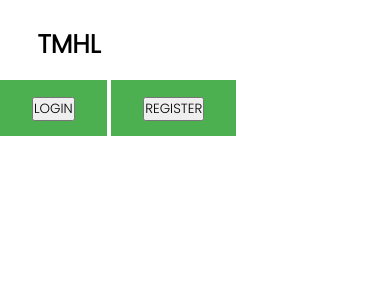
Repository: vu9ar/vu9ar.github.io
Page: WelcomePage/welcome.html
An editor plug-in stored every save of this project. The page is shown before and after the next save, followed by the edit.
The browser window is 375 px wide. The pictures show the whole page.

Above is the page before, as saved 2022-03-27 18:04:49.

### WelcomePage/welcome.html
<!DOCTYPE html>
<html>

<head>
    <meta charset="UTF-8">
    <link rel="stylesheet" href="style.css">
    <link rel="preconnect" href="https://fonts.gstatic.com" crossorigin>
    <link href="https://fonts.googleapis.com/css2?family=Poppins:wght@300&display=swap" rel="stylesheet">
    <meta name="viewport" content="width-device-width, initial-scale=1.0">
    <title>TMHL</title>
</head>


<body>
    <!--
    <form action="../loginRegister/guestToVerifiedRegister.html">
        <button>Register</button>
    </form>
    <form action="../loginRegister/loginForVerified.html">
        <button>Login</button>
    </form> -->
    <div class="intro">
        <h1 class="logo-header">
            <span class="Logo">Mar</span> <span class="Logo">ginal</span>
        </h1>
    </div>

    <header>
        <h4>TMHL</h4>
    </header>

    <form action="../loginRegister/loginForVerified.html" class="button">
        <button>LOGIN</button>
    </form>

    <form action="/loginRegister/guestToVerifiedRegister.html" class="button">
        <button>REGISTER</button>
    </form>
    <script src="app.js"></script>

</body>


</html>

### WelcomePage/style.css
* {
    margin: 0;
    padding: 0;
    box-sizing: border-box;
    font-family: 'Poppins', sans-serif;
}

header {
    position: relative;
    left: 0;
    right: 0;
    width: 100%;
    height: 80px;
}

header h4 {
    position: absolute;
    left: 10%;
    bottom: 1rem;
    font-size: 1.6rem;
}


/* Splash */

.intro {
    position: fixed;
    z-index: 1;
    left: 0;
    right: 0;
    width: 100%;
    height: 100vh;
    background-color: #161616;
    transition: 1s;
}

.logo-header {
    position: absolute;
    top: 40%;
    left: 50%;
    transform: translate(-50%, -50%);
    color: #ffffff;
}

.Logo {
    position: relative;
    display: inline-block;
    /*left: 0;*/
    bottom: -20px;
    opacity: 0;
}

.Logo.active {
    bottom: 0;
    opacity: 1;
    transition: ease-in-out 0.5s;
}

.Logo.fade {
    bottom: 150px;
    opacity: 0;
    transition: ease-in-out 0.5;
}

.button {
    background-color: #4CAF50;
    /* Green */
    border: none;
    color: white;
    padding: 15px 32px;
    text-align: center;
    text-decoration: none;
    display: inline-block;
    font-size: 16px;
}

### WelcomePage/app.js
let intro = document.querySelector('.intro');
let logo = document.querySelector('.logo-header');
let logoSpan = document.querySelectorAll('.Logo');


window.addEventListener('DOMContentLoaded', () => {

    setTimeout(() => {

        logoSpan.forEach((span, idx) => {
            setTimeout(() => {
                span.classList.add('active');
            }, (idx + 1) * 400);
        });

        setTimeout(() => {
            logoSpan.forEach((span, idx) => {

                setTimeout(() => {
                    span.classList.remove('active');
                    span.classList.add('fade');
                }, (idx + 1) * 50);
            })
        }, 2000);


        setTimeout(() => {
            intro.style.top = '-100vh';
        }, 2300);
    });
});

After the next save:
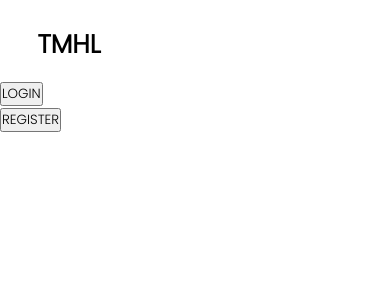
Saved 2 min 29 s later.
--- a/WelcomePage/style.css
+++ b/WelcomePage/style.css
@@ -62,14 +62,29 @@ header h4 {
     transition: ease-in-out 0.5;
 }
 
-.button {
-    background-color: #4CAF50;
-    /* Green */
-    border: none;
-    color: white;
-    padding: 15px 32px;
+a.button1 {
+    display: inline-block;
+    padding: 0.35em 1.2em;
+    border: 0.1em solid #FFFFFF;
+    margin: 0 0.3em 0.3em 0;
+    border-radius: 0.12em;
+    box-sizing: border-box;
+    text-decoration: none;
+    font-family: 'Roboto', sans-serif;
+    font-weight: 300;
+    color: #FFFFFF;
     text-align: center;
-    text-decoration: none;
-    display: inline-block;
-    font-size: 16px;
+    transition: all 0.2s;
 }
+
+a.button1:hover {
+    color: #000000;
+    background-color: #FFFFFF;
+}
+
+@media all and (max-width:30em) {
+    a.button1 {
+        display: block;
+        margin: 0.4em auto;
+    }
+}
